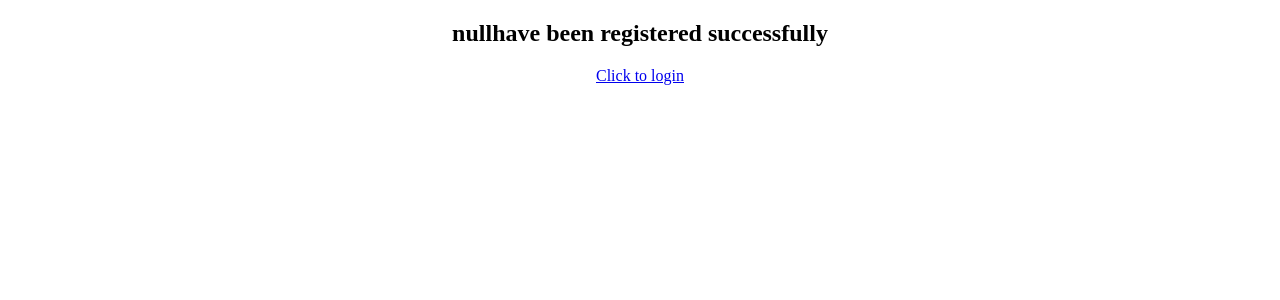
Repository: nikunj-var/Advance_Java
Page: http://localhost/jsp_user/createaccount.jsp
An editor plug-in stored every save of this project. The page is shown before and after the next save, followed by the edit.
The browser window is 1280 px wide. The pictures show the whole page.
The page is served by Tomcat 9.

Above is the page before, as saved 2023-07-17 09:41:33.

### jsp_user/src/main/webapp/createaccount.jsp
<%@page import = "java.sql.*,java.util.*" %>

<%
String uid = request.getParameter("userid");
String password = request.getParameter("password");
String username = request.getParameter("username");
Class.forName("com.mysql.cj.jdbc.Driver");
Connection cn = DriverManager.getConnection("jdbc:mysql://localhost/jsp12","root","Nikunj@123");
String query = "insert into user_info values(?,?,?)";
PreparedStatement ps = cn.prepareStatement(query);
ps.setString(1,uid);
ps.setString(2, password);
ps.setString(3, username);
%>
<html>
<body>
<div style="text-align:center; margin-top:20px">
 	<h2><%=username %>have been registered successfully</h2>
 	<a href="login_form.jsp">Click to login</a>
</div>
</body>
</html>

After the next save:
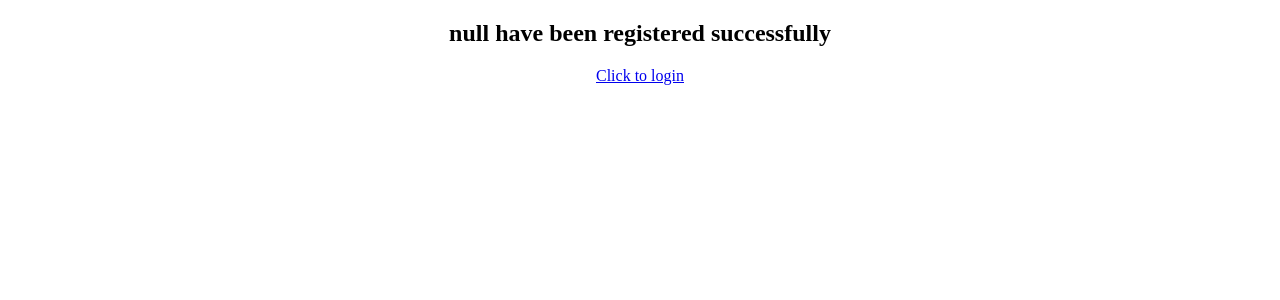
Saved 105 s later.
--- a/jsp_user/src/main/webapp/createaccount.jsp
+++ b/jsp_user/src/main/webapp/createaccount.jsp
@@ -11,11 +11,12 @@ PreparedStatement ps = cn.prepareStatement(query);
 ps.setString(1,uid);
 ps.setString(2, password);
 ps.setString(3, username);
+ps.executeUpdate();
 %>
 <html>
 <body>
 <div style="text-align:center; margin-top:20px">
- 	<h2><%=username %>have been registered successfully</h2>
+ 	<h2><%=username %> have been registered successfully</h2>
  	<a href="login_form.jsp">Click to login</a>
 </div>
 </body>
